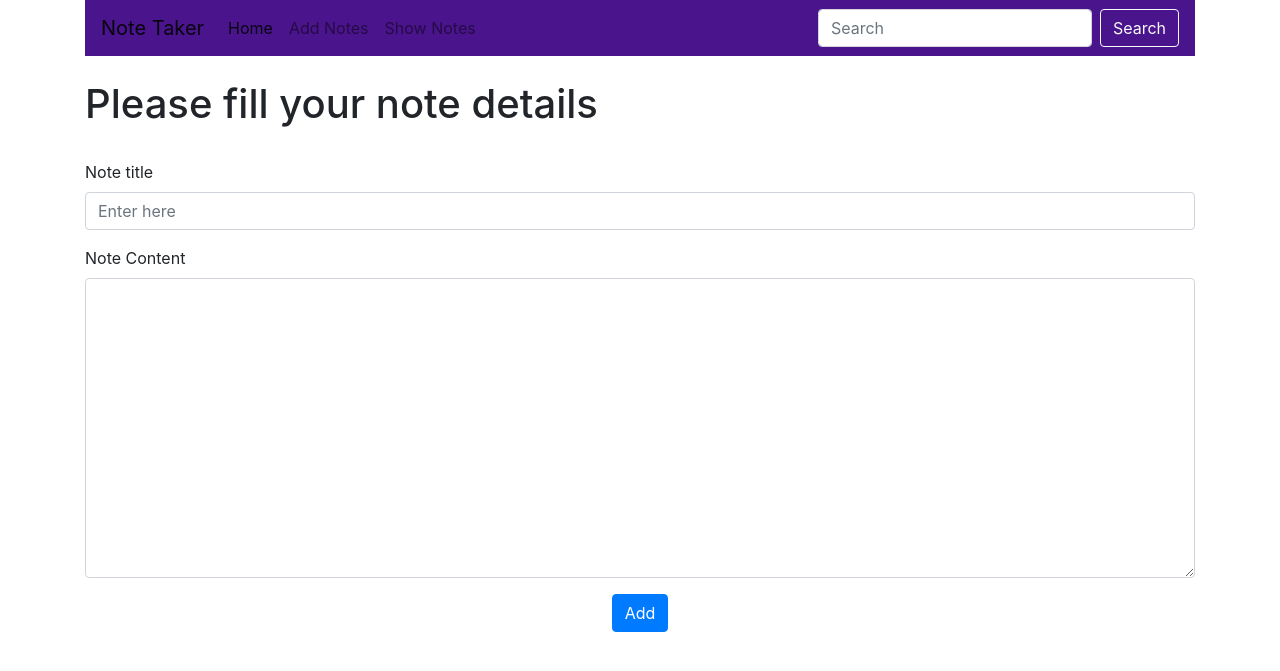
Repository: nayanchy123456/TODO-Project
Page: http://localhost/NoteTaker/add_notes.jsp
The author's editor kept a copy of each file at every save. The page is drawn from the files as they stood at one save, then again after the next save.
The browser window is 1280 px wide. The pictures show the whole page.
Some web libraries are served in a nearby version. The page is served by Tomcat 10.

Above is the page before, as saved 2024-09-03 11:14:22.

After the next save:
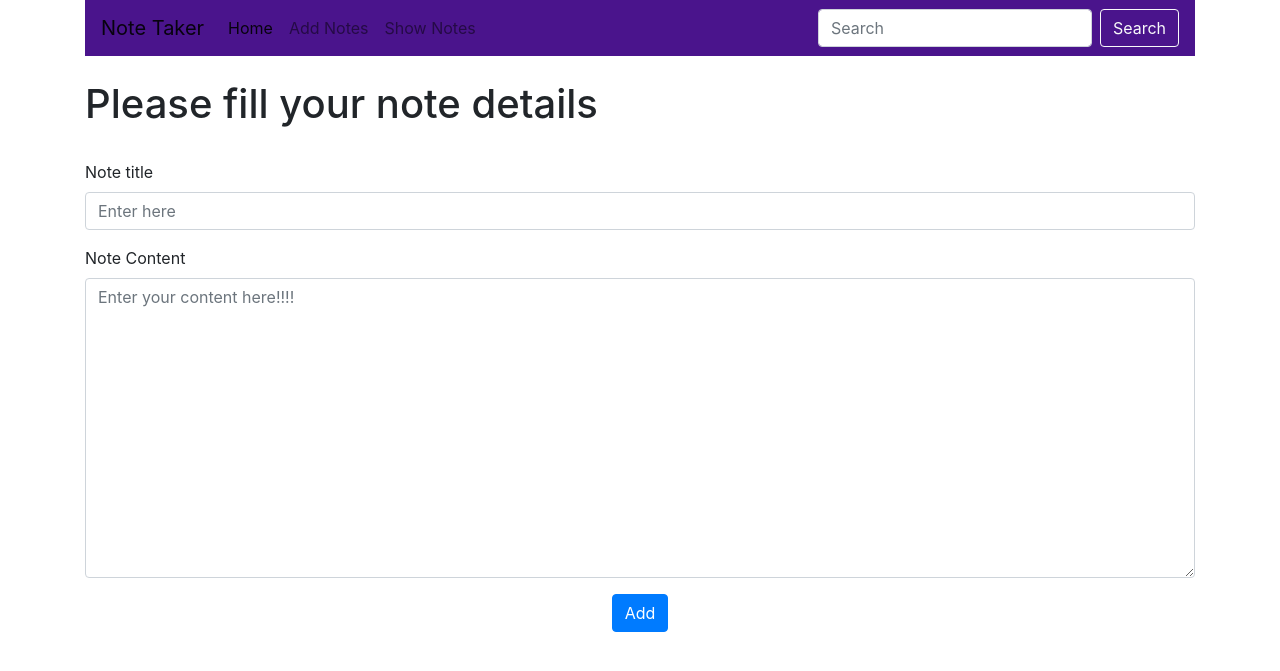
Saved 71 s later.
--- a/TODO webApplication/NoteTaker/src/main/webapp/add_notes.jsp
+++ b/TODO webApplication/NoteTaker/src/main/webapp/add_notes.jsp
@@ -25,15 +25,15 @@
 
   </div>
 
-  <div class="form-group">
+ <div class="form-group">
     <label for="content">Note Content</label>
-    <textarea required id="content"
+    <textarea id="content"
               placeholder="Enter your content here!!!!"
               class="form-control"
               style="height: 300px;"
-              >
-    </textarea>
+              required></textarea>
 </div>
+
 
   <div class = "container text-center">
 
